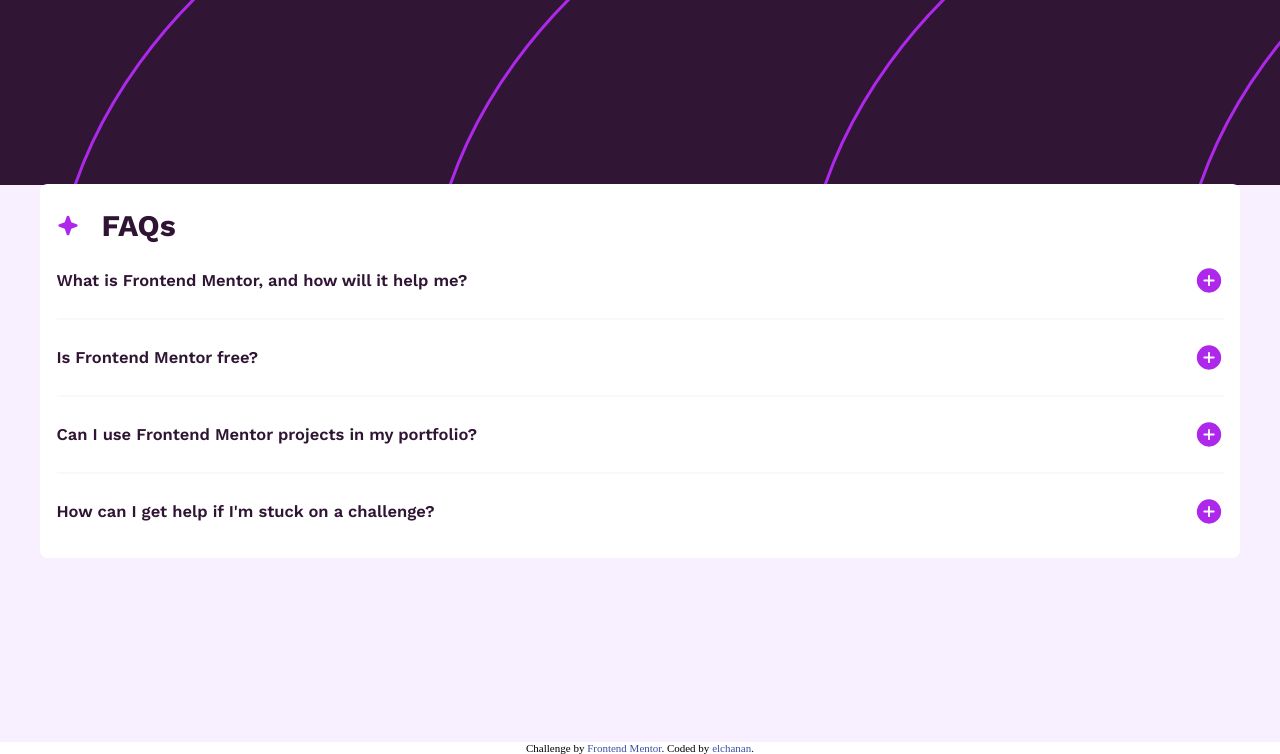
Repository: elchananChen/frontend-mentor-projects
Page: 2024/10/faQs/index.html
These files come from the project's save history. The page is drawn as it stood at one moment and after the next save; the edit follows.
The browser window is 1280 px wide. The pictures show the whole page.

Above is the page before, as saved 2024-10-15 23:52:38.

After the next save:
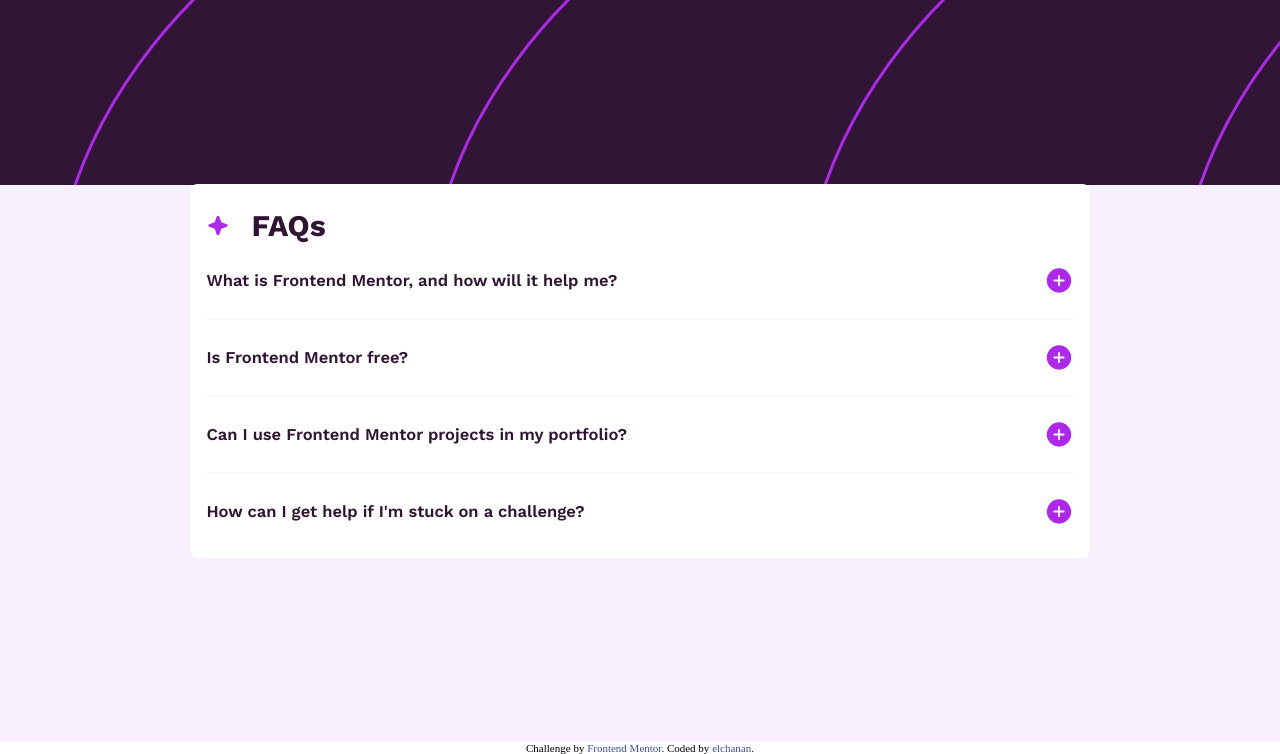
Saved 9 s later.
--- a/2024/10/faQs/style.css
+++ b/2024/10/faQs/style.css
@@ -29,7 +29,7 @@
     url("./assets/images/background-pattern-mobile.svg");
 }
 .card {
-  flex-basis: 80rem;
+  flex-basis: 60rem;
   background-color: var(--color-White);
   padding: 1.1rem;
   border-radius: 0.5rem;
